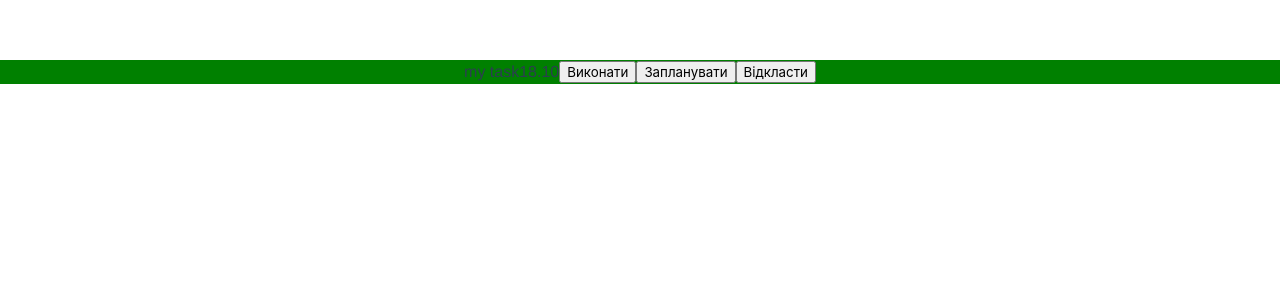
Repository: Olegche/sushi
Page: /
An editor plug-in stored every save of this project. The page is shown before and after the next save, followed by the edit.
The browser window is 1280 px wide. The pictures show the whole page.
The project was rebuilt for these pictures with package versions that can differ from the ones it lists, and the page was loaded fresh each time.

Above is the page before, as saved 2020-10-07 19:51:03.

### public/index.html
<!DOCTYPE html>
<html lang="en">
  <head>
    <meta charset="utf-8">
    <meta http-equiv="X-UA-Compatible" content="IE=edge">
    <meta name="viewport" content="width=device-width,initial-scale=1.0">
    <link rel="icon" href="<%= BASE_URL %>favicon.ico">
    <title>sushi</title>
  </head>
  <body>
    <noscript>
      <strong>We're sorry but <%= htmlWebpackPlugin.options.title %> doesn't work properly without JavaScript enabled. Please enable it to continue.</strong>
    </noscript>
    <div id="app"></div>
    <!-- built files will be auto injected -->
  </body>
</html>

### src/main.js
import Vue from 'vue'
import App from './App.vue'
import Buefy from 'buefy'
import 'buefy/dist/buefy.css'


Vue.use(Buefy)


Vue.config.productionTip = false



new Vue({
  render: h => h(App),
}).$mount('#app')

### src/App.vue
<template>
  <div id="app">
    <todo-item
     task='my task'
     time='18.10'
     status='NEW'/>
  </div>
</template>

<script>
import TodoItem from "./components/TodoList/TodoItem";
export default {
  name: 'App',
  components: {
    TodoItem
  }
}
</script>

<style>
#app {
  font-family: Avenir, Helvetica, Arial, sans-serif;
  -webkit-font-smoothing: antialiased;
  -moz-osx-font-smoothing: grayscale;
  text-align: center;
  color: #2c3e50;
  margin-top: 60px;
}
</style>

### src/components/TodoList/TodoItem/index.vue
<template>
    <div :class="statusClass">
        <span>{{task}}</span>
        <span>{{time}}</span>
        <button>Виконати</button>
        <button>Запланувати</button>
        <button>Відкласти</button>
    </div>
</template>

<script>
    export default {
        name:"TodoItem",

        props: {
            task: {
                type: String,
                default:'',
            },
            time: {
                type: String,
                default:'',
            },
            status:{
                type: String,
                default:'',
            }
        },

        computed: {
            statusClass() {
                switch (this.status) {
                    case 'NEW': return 'new'

                    case 'IN-PROGRES': return 'in-progres'

                    case 'POSTPONED': return 'postponed'

                    default:
                        return 'new'

                }
            }
        },
    }
</script>

<style lang="css" scoped>
.new{
    background-color: green;
}
.in-progres{
    background-color: yellow;
}
.postponed{
    background-color: red;
}
</style>

After the next save:
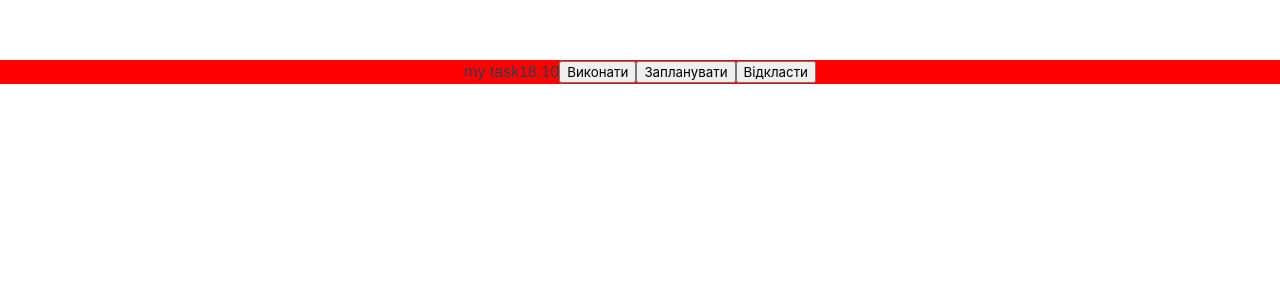
Saved 17 s later.
--- a/src/App.vue
+++ b/src/App.vue
@@ -3,7 +3,7 @@
     <todo-item
      task='my task'
      time='18.10'
-     status='NEW'/>
+     status='POSTPONED'/>
   </div>
 </template>
 
